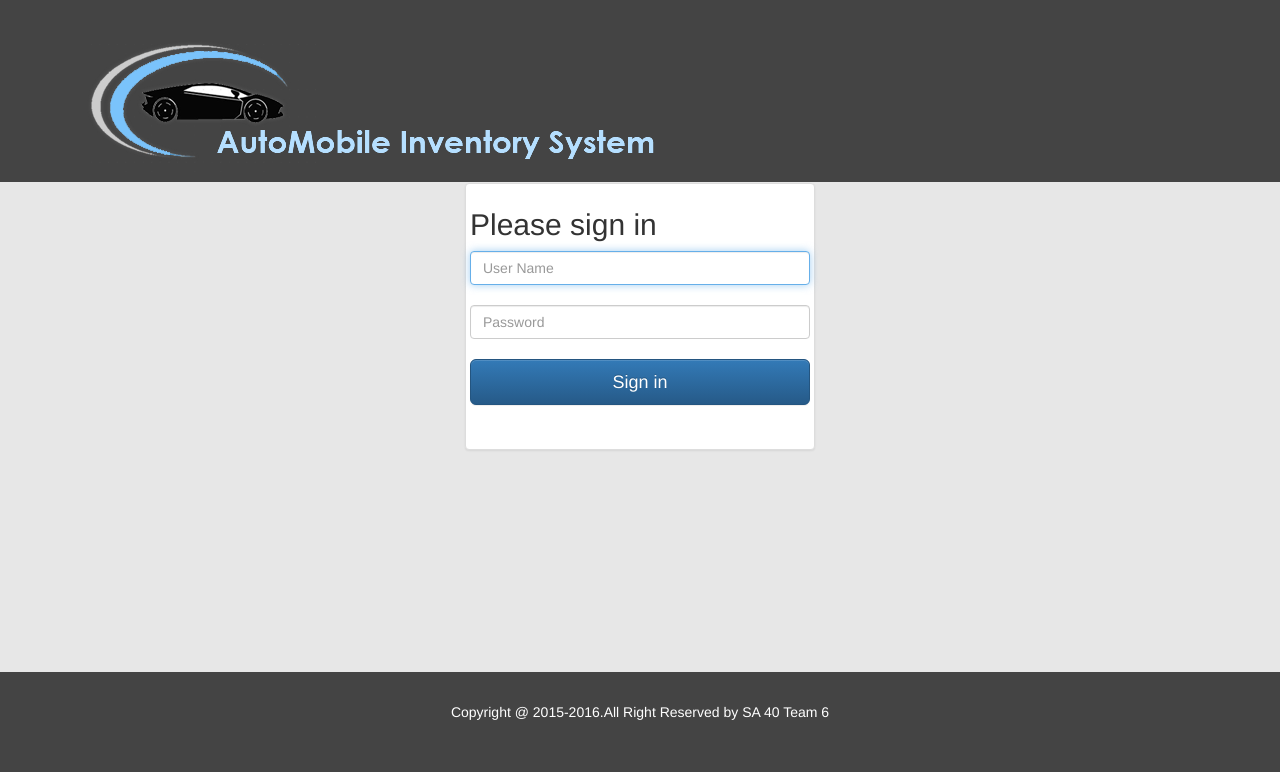
Repository: JiorMajor/InventorySystemWorkspace
Page: http://localhost/InventoryWebSA40Team6/
An editor plug-in stored every save of this project. The page is shown before and after the next save, followed by the edit.
The browser window is 1280 px wide. The pictures show the whole page.
The page is served by Tomcat 9. Other server files are loaded and not shown. The template is opened directly, without the code that normally fills it, so the values that code supplies are empty.

Above is the page before, as saved 2015-06-12 17:40:38.

### InventoryWebSA40Team6/WebContent/index.jsp
<?xml version="1.0" encoding="UTF-8" ?>
<%@ taglib uri="http://www.opensymphony.com/sitemesh/decorator"
	prefix="decorator"%>
<%@ taglib prefix="c" uri="http://java.sun.com/jsp/jstl/core"%>
<html xmlns="http://www.w3.org/1999/xhtml">
<head>

<meta charset="utf-8">
<meta http-equiv="X-UA-Compatible" content="IE=edge">
<meta name="viewport" content="width=device-width, initial-scale=1">
<title>SitemeshDemo</title>
<!-- Bootstrap -->
<link href="bootstrap/css/bootstrap.min.css" type="text/css" rel="stylesheet" />
<link href="bootstrap/css/bootstrap-theme.min.css" type="text/css" rel="stylesheet" />
<link href="bootstrap/css/style.css" type="text/css" rel="stylesheet" />
<script type="text/javascript" src="bootstrap/js/jquery-1.11.3.min.js"></script>
<script type="text/javascript" src="bootstrap/js/bootstrap.min.js"></script>
<script type="text/javascript" src="bootstrap/js/modal.js"></script>
</head>
<body>
	<div class="header">
		<div class="container">
			<div class="row ">
				<div class="col-lg-12">
					<a href="#"><img src='images/3.png'></a>
				</div>
			</div>
		</div>
	</div><!-- End header -->

	<div class="container" style="height:490px">
	<div class="row">
	<div class="col-md-12"></div>
	</div>
	  <div class="row">
	  <div class="container">
	  <div class="col-md-4"></div>
	  <div class="col-md-4">
	  <div class="thumbnail">
      <form class="form-signin" action="/InventoryWebSA40Team6/ValidateLogin" method=post>
        <h2 class="form-signin-heading">Please sign in</h2>
		<c:if test="${flag==\"false\"}">
			<h3 style="color:red">Login unsuccessful!</h3>
		</c:if>
        <label for="inputEmail" class="sr-only">Email address</label>
        <input type="text" id="inputEmail" class="form-control" placeholder="User Name" name="name" required autofocus>
        <br>
        <label for="inputPassword" class="sr-only">Password</label>
        <input type="password" id="inputPassword" class="form-control" placeholder="Password" name="password" required>
        <br>
        <button class="btn btn-lg btn-primary btn-block" type="submit">Sign in</button>
        <br><br>
      </form>
     	</div>
      <div class="col-md-4"></div>
      </div>
      </div>
      </div>
    </div> <!-- /container -->

		<div class="footer">
	<div class="container">
			<div class="row">
				<div class="col-lg-12">
					<center><p>Copyright @ 2015-2016.All Right Reserved by SA 40 Team 6</p></center>
				</div>
			</div>
		</div>

	</div>
</body>
</html>

### InventoryWebSA40Team6/WebContent/bootstrap/css/style.css
@CHARSET "UTF-8";
*{
	margin:0 auto;
	padding:0 auto;
}
body{
	background:#e7e7e7;
}

.header{
	padding:30px 0 ;
	border:1px solid #ccc;
    padding: 10px 0;
    width: 100%;
    background:#444;
    border:0;
    margin:0;

}
.header img{border:0;}
.menu{
	background: #ccc;
	box-shadow:2px -1px 13px #333;

}
.footer{
	background:#444;
	padding:30px 0;
	width:100%;
	height:100px;
}
p{
	color:#fff;
}
img{
	border:1px solid #ccc;
}
.main{
	padding-top:30px;
	padding-bottom:30px;
}
.main p{
	color:#333;
}
.navbar-default{
	color:none;
	border:none;
	box-shadow:none;
}
.navbar{margin-bottom:0;}
.navbar-header{
	background:none;
	color:#fff;
}
a.navbar-brand{
	color:none;
	padding-left:0;
	padding-right: 70px;
}
.navbar-default{
	background:none;
	padding:0;
}
.navbar-default .navbar-brand{color:#444;}

h1{padding-bottom:30px;}*/

select{
	width:100%;
	padding-top:10px;
	padding-bottom:4px;

}
/*
table{
	width:100%;

}

table tr td{
	border:1px solid #ccc;
	padding:5px;
	text-algin:center;

}
table form input{
	width:50%;
}
table tr td input{
	margin:5px;

}

table tr.title{
	font-weight: bold;
	font-size:16px;

}*/

.button{
	margin-top:20px;
	float:right;
}
hr{border-color:rgb(204,204,204);}

.imp{
	color:red;
	font-weight: bold;
	font-size:16px;
}
h4.success{
	color:green;
	background:#f0f0f0;
	border:1px solid #ccc;
	padding:10px;
	margin:0 0 35px;
}

.navbar-default .navbar-nav > li > a{
	color: #333;
    font-size: 15px;

}

.navbar-default .navbar-nav > li > a:focus, .navbar-default .navbar-nav > li > a:hover{
	background: rgb(231,231,231);
}
.dropdown-menu{
	padding-top:0;

}
.dropdown-menu .divider{
	margin:0 0;
	border-bottom: 1px dashed;
	background-color: #ccc;
    height: 0;
}
.dropdown-menu > li > a{
	padding-top:10px;
	padding-bottom:10px;
	color:#ccc;
}
.dropdown-menu{
	background-color: #595959;
	opacity:0.4%;
}
.alert-danger{
	float:left;
	margin-bottom:20px;
	width:100%;
}

.cus{
	margin:20px 0;
}
.navbar-nav .open .dropdown-menu{
	background-color: #ccc;
}
#bs-example-navbar-collapse-1 > ul> li>ul .navbar-nav .open .dropdown-menu {
	background: #ccc;
}

#bs-example-navbar-collapse-1 > ul > li > ul.dropdown-menu{
	background-color:#595959;
	opacity:0.4%;
}
#bs-example-navbar-collapse-1 > ul > li > ul > li> a{
	color:#ccc;
}
#bs-example-navbar-collapse-1 > ul > li > ul > li> a:hover{
	background: rgb(231,231,231);
	color:#333;
}

### InventoryWebSA40Team6/WebContent/bootstrap/js/modal.js
/**
 *
 */
$('#myModal').on('shown.bs.modal', function () {
  $('#myInput').focus()
})

Loaded but not shown: InventoryWebSA40Team6/WebContent/bootstrap/css/bootstrap.min.css (library); InventoryWebSA40Team6/WebContent/bootstrap/css/bootstrap-theme.min.css (library); InventoryWebSA40Team6/WebContent/bootstrap/js/jquery-1.11.3.min.js (library); InventoryWebSA40Team6/WebContent/bootstrap/js/bootstrap.min.js (library)

After the next save:
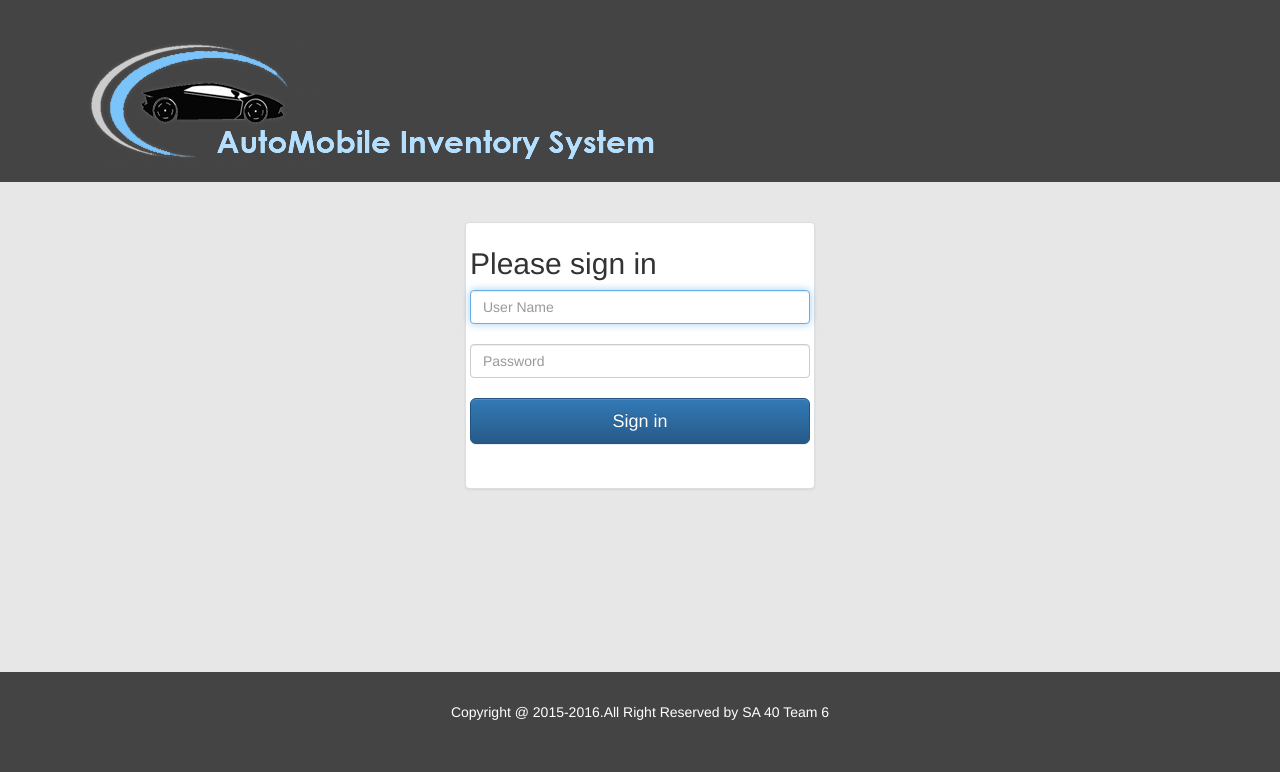
Saved 31 s later.
--- a/InventoryWebSA40Team6/WebContent/index.jsp
+++ b/InventoryWebSA40Team6/WebContent/index.jsp
@@ -30,7 +30,9 @@
 
 	<div class="container" style="height:490px">
 	<div class="row">
-	<div class="col-md-12"></div>
+	<div class="col-md-12">
+	<br><br>
+	</div>
 	</div>
 	  <div class="row">
 	  <div class="container">
